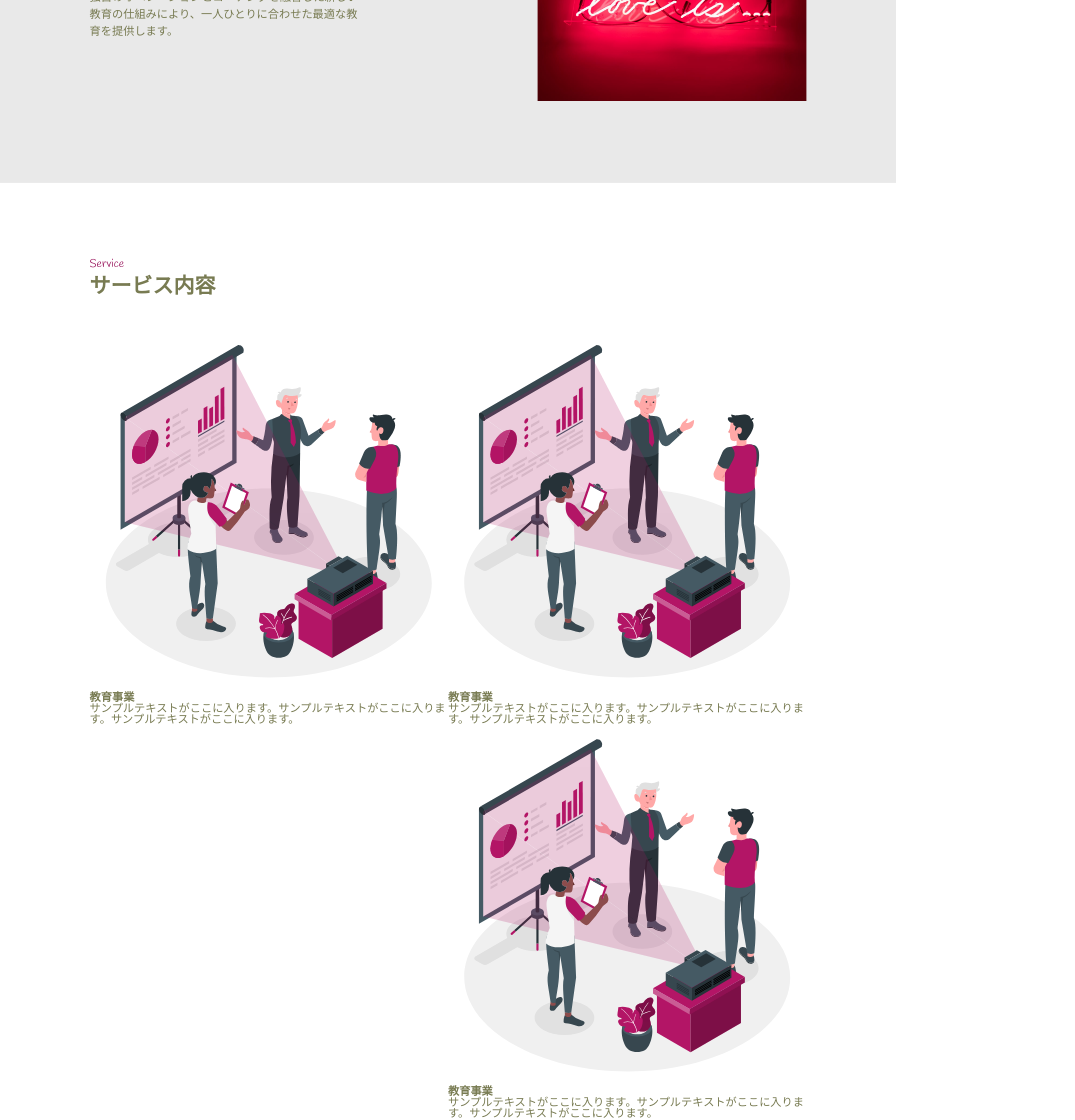
Repository: masanarimiura/20220504miura
Page: index.html
An editor plug-in stored every save of this project. The page is shown before and after a run of saves, followed by the edit.
The browser window is 1280 px wide. The page is 1536 px wide, so the pictures cover 1536 px, including what lies to the right of the window. The pictures show the part of the page from y = 1445 to 3045 px (the page is 3045 px tall before and 2393 px after), at 70% of full size.
Some web fonts or font styles are not loaded; a fallback is used.

Above is the page before, as saved 2022-05-04 21:49:51.

### index.html
<!DOCTYPE html>
<html lang="ja">

<head>
  <meta charset="UTF-8">
  <meta http-equiv="X-UA-Compatible" content="IE=edge">
  <meta name="viewport" content="width=device-width, initial-scale=1.0">
  <title>20220504miura</title>
  <link rel="stylesheet" href="css/reset.css">
  <link rel="stylesheet" href="css/style.css">
  <link rel="preconnect" href="https://fonts.googleapis.com">
  <link rel="preconnect" href="https://fonts.gstatic.com" crossorigin>
  <link href="https://fonts.googleapis.com/css2?family=Gochi+Hand&display=swap" rel="stylesheet">
  <link rel="preconnect" href="https://fonts.googleapis.com">
  <link rel="preconnect" href="https://fonts.gstatic.com" crossorigin>
  <link href="https://fonts.googleapis.com/css2?family=Handlee&display=swap" rel="stylesheet">
</head>

<header class="header">
  <div class="header-inner">
    <div class="header-logo">
      <a href="">ssssssss
        <img src="img/estra_logo.png" alt="">
      </a>
    </div>
    <nav class="header-nav">
      <ul class="header-nav-list">
        <li class="header-nav-item"><a href="" class="header-nav-link">
            News
          </a></li>
        <li class="header-nav-item"><a href="" class="header-nav-link">
            About
          </a></li>
        <li class="header-nav-item"><a href="" class="header-nav-link">
            Service
          </a></li>
        <li class="header-nav-item"><a href="" class="header-nav-link">
            Blog
          </a></li>
        <li class="header-nav-item"><a href="" class="header-nav-link">
            Company
          </a></li>
        <li class="header-nav-item"><a href="" class="header-nav-link">
            Contact
          </a></li>
      </ul>
    </nav>
  </div>
</header>
<div class="firstview">
  <img src="img/firstview.jpg" alt="">
  <div class="firstview-inner">
    <h2 class="firstview-ttl">
      Commit to the <span class="firstview-text-emphasis">growth</span> <br>for everone
    </h2>
    <div class="firstview">
      <p class="firstview-text">
        全ての人の<span class="firstview-text-emphasis">成長</span>にコミットする
      </p>
      <p class="firstview-en">
        Educational Technology Company <br>estra inc 2019
      </p>
    </div>
  </div>
</div>
<div class="news">
  <p class="news-icon icon">News</p>
  <h2 class="news-ttl">新着情報
  </h2>
  <table class="news-table">
    <tr class="news-table-tr">
      <td class="news-table-date">2021/01/01</td>
      <td class="news-table-news">ニュース</td>
      <td class="news-table-text">COACHTECHのサービスが開始されました。</td>
    </tr>
    <tr class="news-table-tr">
      <td class="news-table-date">2021/01/01</td>
      <td class="news-table-news">ニュース</td>
      <td class="news-table-text">COACHTECHのサービスが開始されました。</td>
    </tr>
    <tr class="news-table-tr">
      <td class="news-table-date">2021/01/01</td>
      <td class="news-table-news">ニュース</td>
      <td class="news-table-text">COACHTECHのサービスが開始されました。</td>
    </tr>
    <tr class="news-table-tr">
      <td class="news-table-date">2021/01/01</td>
      <td class="news-table-news">ニュース</td>
      <td class="news-table-text">COACHTECHのサービスが開始されました。</td>
    </tr>
    <tr class="news-table-tr">
      <td class="news-table-date">2021/01/01</td>
      <td class="news-table-news">ニュース</td>
      <td class="news-table-text">COACHTECHのサービスが開始されました。</td>
    </tr>
  </table>
</div>
<div class="about">
  <div class="about-top">
    <div class="about-icon icon">About</div>
    <h2 class="about-ttl">Technology x Coaching</h2>
  </div>
  <div class="about-inner">
    <div class="about-text">
      <p class="about-text-content">
        株式会社estraはデジタル化が遅れている教育業界に最新テクノロジーを導入することによって教育のDXを実現します。　<br><br>
        独自のオペレーションとコーチングを融合した新しい教育の仕組みにより、一人ひとりに合わせた最適な教育を提供します。
      </p>
    </div>
    <img src="img/about.jpg" alt="">
  </div>
</div>
<div class="service">
  <div class="service-top">
    <div class="service-icon icon">Service</div>
    <h2 class="service-ttl">サービス内容</h2>
  </div>
  <div class="service-box">
    <div class="service-box1">
      <img src="img/service__first.svg" alt="" class="service-img">
      <h3 class="service-box-ttl1">教育事業</h3>
      <p class="service-box-text1">サンプルテキストがここに入ります。サンプルテキストがここに入ります。サンプルテキストがここに入ります。</p>
    </div>
    <div class="service-box2">
      <img src="img/service__first.svg" alt="" class="service-img">
      <h3 class="service-box-ttl2">教育事業</h3>
      <p class="service-box-text2">サンプルテキストがここに入ります。サンプルテキストがここに入ります。サンプルテキストがここに入ります。</p>
    </div>
    <div class="service-box3">
      <img src="img/service__first.svg" alt="" class="service-img">
      <h3 class="service-box-ttl3">教育事業</h3>
      <p class="service-box-text3">サンプルテキストがここに入ります。サンプルテキストがここに入ります。サンプルテキストがここに入ります。</p>
    </div>
  </div>
</div>

<body>

</body>

</html>

### css/style.css
* {
  color: rgb(120, 123, 82);
}
a {
  text-decoration: none;
  color: inherit;
}
.header {
  width: 100%;
}
.header-inner {
  display: flex;
  justify-content: space-between;
  margin: 10px 20px;
}
.header img {
  width: 100px;
}
.header-nav {
  margin: 10px 20px;
}
.header-nav-list {
  display: flex;
  justify-content: center;
}
.header-nav-item:not(:last-child) {
  padding-right: 20px;
}
.firstview {
  width: 100%;
  position: relative;
}
.firstview-inner {
  position: absolute;
  top: 20%;
  left: 20%;
  width: 100%;
}
.firstview img {
  width: 60%;
  margin: 0 0 0 auto;
  display: block;
}
.firstview-ttl {
  color: rgb(119, 21, 70);
  font-size: 50px;
  font-family: "Gochi Hand", cursive;
  line-height: 1.5;
}
.firstview-text {
  color: rgb(119, 21, 70);
  font-size: 20px;
  margin-top: 30px;
}
.firstview-en {
  line-height: 1.5;
  margin-top: 10px;
}
.firstview-text-emphasis {
  color: rgb(32, 134, 172);
  font-weight: bold;
}
.news {
  margin: 100px auto 0;
  width: 60%;
}
.icon {
  color: rgb(153, 21, 92);
  font-family: "Handlee", cursive;
  line-height: 2;
}
.news-ttl {
  font-size: 30px;
  color: rgb(114, 110, 95);
}
.news-table {
  align-items: center;
  border-top: 2px solid rgb(114, 110, 95);
  border-bottom: 2px solid rgb(114, 110, 95);
  margin-top: 20px;
}
.news-table-tr {
  border-bottom: 1px solid rgb(182, 177, 160);
  padding: 30px 0;
}
.news-table-tr td {
  padding: 20px 20px 20px 0;
}
.news-table-news {
  background-color: brown;
  display: inline-block;
  padding: 1px 1px;
  border-radius: 6px;
  margin: 0 0;
  text-align: center;
  align-items: center;
  color: #fff;
}
.about {
  width: 100%;
  background-color: rgb(233, 233, 233);
  margin-top: 100px;
  line-height: 1.5;
  height: 500px;
  padding: 50px 0 20px;
}
.about-top {
  text-align: center;
  margin: 20px;
}
.about-ttl {
  font-size: 30px;
  margin-bottom: 50px;
}
.about-inner {
  display: flex;
  justify-content: space-around;
}
.about-text {
  width: 30%;
}
.about-inner img {
  width: 30%;
}
.service {
  width: 80%;
  margin: 100px auto 0;
}
.service-top {
  margin-bottom: 50px;
}
.service-ttl {
  font-size: 30px;
}
.service-box {
  display: grid;
  grid-template-rows: 50% 50%;
  grid-template-columns: 50% 50%;
}
service img {
  width: 50px;
}
.service-box1 {
  grid-column: 1/2;
  grid-row: 1/3;
}
.service-box2 {
  grid-column: 2/3;
  grid-row: 1/2;
}
.service-box3 {
  grid-column: 2/3;
  grid-row: 2/3;
}

Loaded but not shown: css/reset.css (common file)

After the next 7 saves:
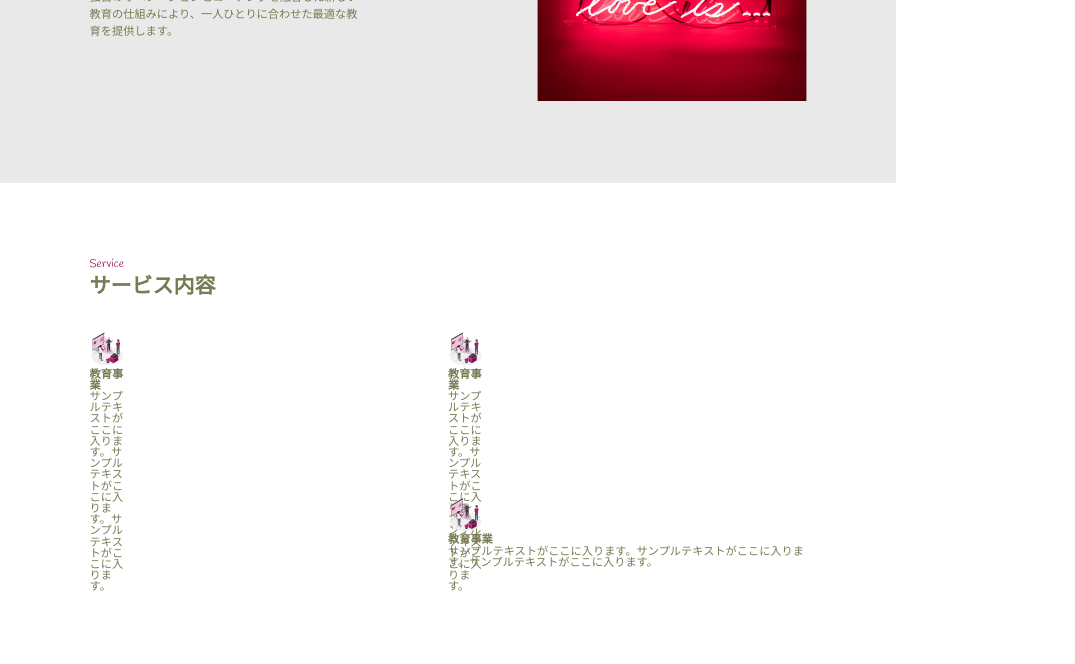
The 7 saves are shown as one change because they came seconds apart.
The last was saved 22 s later.
--- a/css/style.css
+++ b/css/style.css
@@ -137,7 +137,7 @@ a {
   grid-template-rows: 50% 50%;
   grid-template-columns: 50% 50%;
 }
-service img {
+.service-box1,.service-box2, img {
   width: 50px;
 }
 .service-box1 {
